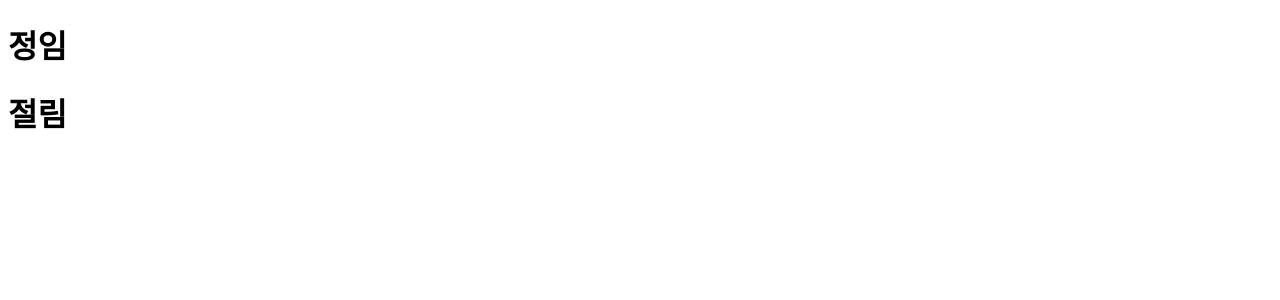
Repository: YERIN0531/SEOYERIN_WEBPRO
Page: gitSource/07_jQuery/jq01/WebContent/09_append_prepend_off_trigger.html
An editor plug-in stored every save of this project. The page is shown before and after the next save, followed by the edit.
The browser window is 1280 px wide. The pictures show the whole page.

Above is the page before, as saved 2022-06-21 04:54:31.

After the next save:
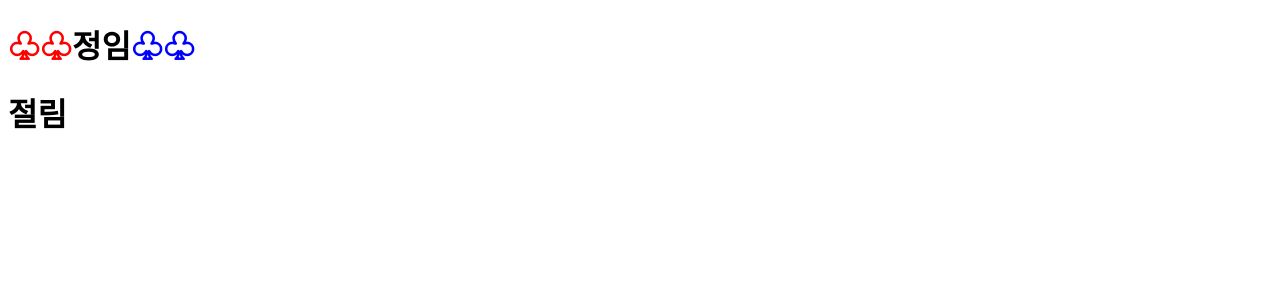
Saved 111 s later.
--- a/gitSource/07_jQuery/jq01/WebContent/09_append_prepend_off_trigger.html
+++ b/gitSource/07_jQuery/jq01/WebContent/09_append_prepend_off_trigger.html
@@ -24,7 +24,11 @@
 		}else{// 클릭한 횟수가 6회가 되면 else로 빠져 이벤트를 제거 할 것
 			$('#h1').off();
 		}
-	 });
+	 }); // #h1 이벤트
+	 setInterval(function(){
+		 $('h1').first().trigger('click'); // 강제 이벤트 발생
+	 }, 2000);
+
 
  });
  </script>
